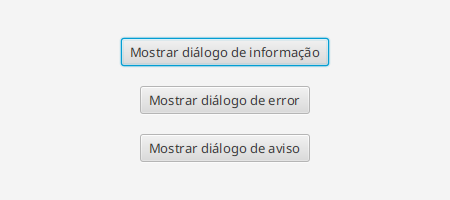
Repository: jgabrielfreitas/JavaTranslatorDesktop
Program's window: java JavaFxTranslatorApplication/src/application/HelloWorld.java
An editor plug-in stored every save of this project. The program's window is shown before and after the next save, followed by the edit.
It runs on Java 21 on a 1366 x 768 screen with JavaFX 11; the title bar is not drawn.

Above is the program's window before, as saved 2015-06-06 02:27:35.

After the next save:
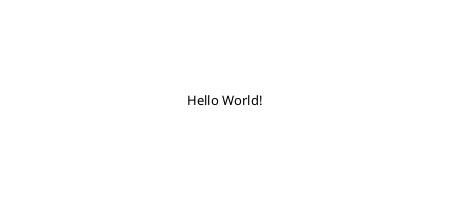
Saved 49 s later.
--- a/JavaFxTranslatorApplication/src/application/HelloWorld.java
+++ b/JavaFxTranslatorApplication/src/application/HelloWorld.java
@@ -15,13 +15,11 @@
 	public void start(Stage primaryStage) throws Exception {
 
 
-        Button btnInfo = new Button("Mostrar diálogo de informação");
-        Button btnErro = new Button("Mostrar diálogo de error");
-        Button btnAviso = new Button("Mostrar diálogo de aviso");
+        Text text = new Text("Hello World!");
 
         VBox raiz = new VBox(20);
         raiz.setAlignment(Pos.CENTER);
-        raiz.getChildren().addAll(btnInfo, btnErro, btnAviso);
+        raiz.getChildren().addAll(text);
 
         Scene cena = new Scene(raiz, 450, 200);
         primaryStage.setTitle("Diálogos de erro e informação");
